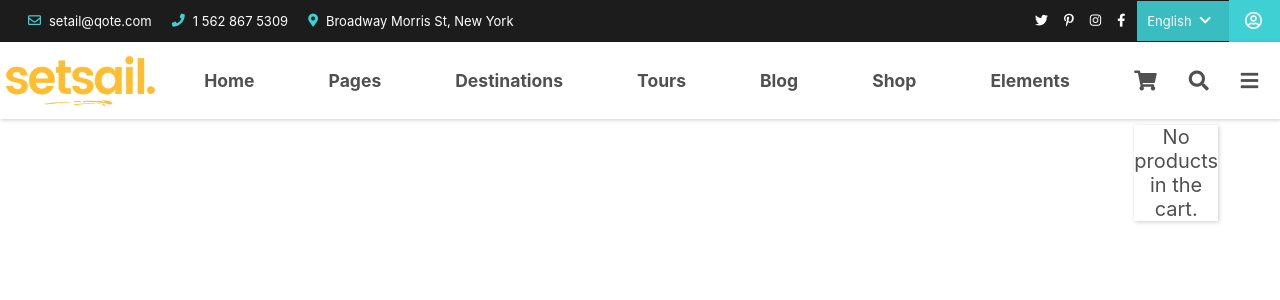
Repository: Hunga9k50doker/Setail
Page: /
These files come from the project's save history. The page is drawn as it stood at one moment and after a run of saves; the edit follows.
The browser window is 1280 px wide. The pictures show the whole page.
The project was rebuilt for these pictures with package versions that can differ from the ones it lists, and the page was loaded fresh each time.

Above is the page before, as saved 2021-10-21 11:38:22.

After the next 2 saves:
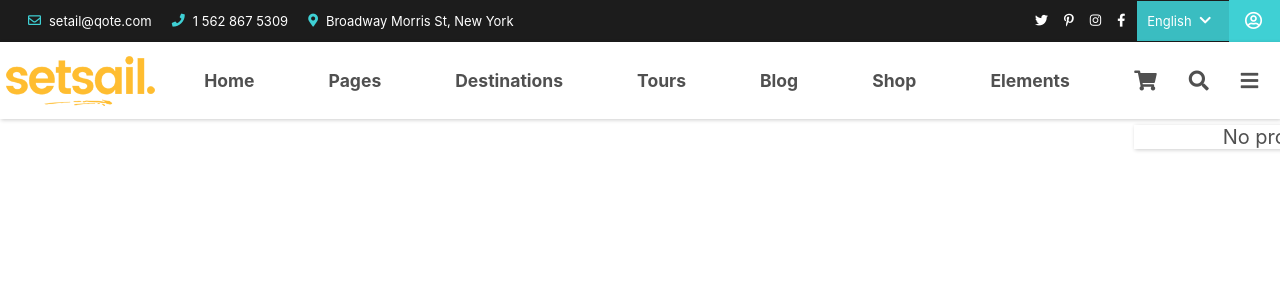
The 2 saves are shown as one change because 1 did not build or start.
The last was saved 13 s later.
--- a/src/components/Navigation/Nav.scss
+++ b/src/components/Navigation/Nav.scss
@@ -218,7 +218,7 @@
           position: absolute;
           top: 56px;
           left: 0;
-
+          width: 400px;
           box-shadow: 1px 1px 4px rgba(0, 0, 0, 0.2);
         }
       }
